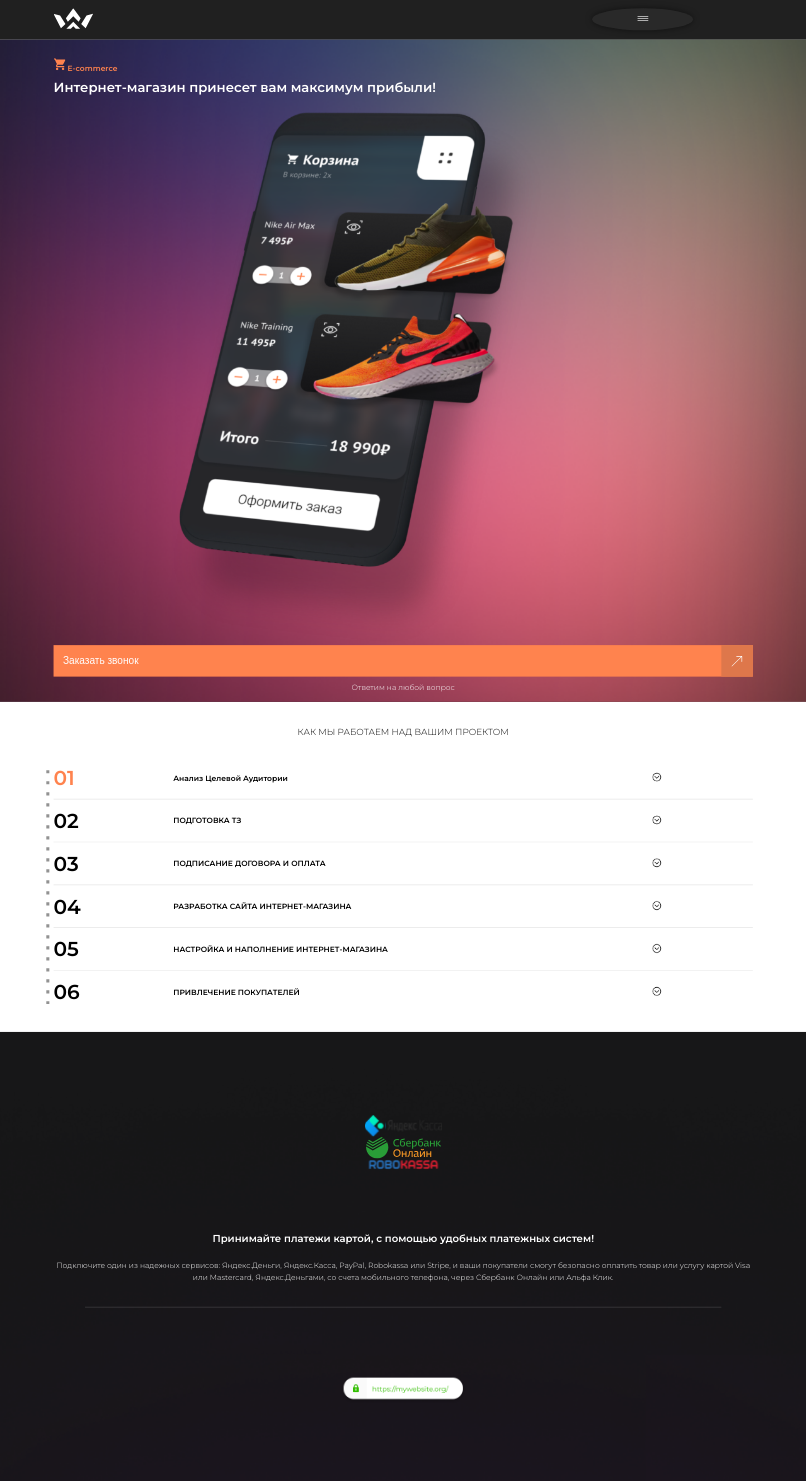
Repository: Gabi0605/my-tests
Page: web_alternative/index.html
These files come from the project's save history. The page is drawn as it stood at one moment and after the next save; the edit follows.
The browser window is 1280 px wide. The pictures show the whole page, at 63% of full size.
The style sheet was rebuilt from its Sass, Less or Tailwind sources for each picture, by a compiler version that may differ from the author's.

Above is the page before, as saved 2020-01-19 21:10:04.

### web_alternative/index.html
<!DOCTYPE html>
<html lang="ru">
<head>
    <meta charset="UTF-8">
    <meta name="viewport" content="width=device-width, initial-scale=1.0">
    <meta http-equiv="X-UA-Compatible" content="ie=edge">
    <title>WEB ALTERNATIVE</title>
    <link href="https://fonts.googleapis.com/css?family=Montserrat:300,400,600|Roboto:300,700&display=swap" rel="stylesheet">
    <link rel="stylesheet" href="css/bootstrap-grid.min.css">
    <link rel="stylesheet" href="css/style.css">
</head>
<body>
    <header>
        <div class="container">
            <div class="row">
                <div class="col-4">
                    <div class="logo">
                        <img src="img/svg/logo.svg" alt="">
                    </div>
                </div>
                <div class="col-2 offset-5">
                    <div class="burger">
                        <div class="rect"></div>
                        <div class="rect"></div>
                        <div class="rect"></div>
                    </div>
                </div>
            </div>
        </div>
    </header>
    <div class="call">
        <div class="container">
            <div class="e-commerce">
                <img src="img/svg/shopping-cart.svg" alt=""> E-commerce
            </div>
            <h2>
                Интернет-магазин принесет вам максимум прибыли!
            </h2>
            <div class="row">
                <div class="col-8 offset-2">
                    <img src="img/phone.png" alt="">
                </div>
            </div>
            <button>
                Заказать звонок
            </button>
            <p>Ответим на любой вопрос</p>
        </div>
    </div>
    <div class="work">
        <div class="container">
            <div class="row">
                <div class="col-10 offset-1">
                    <h2>Как мы работаем над вашим проектом</h2>
                </div>
            </div>
            <div class="items">
                <div class="item item-active">
                    <div class="row">
                        <div class="col-2 item__number">01</div>
                        <div class="col-8 item__p">
                            <p>Анализ целевой аудитории</p>
                        </div>
                        <div class="col-2 item__btn">
                            <button><img src="img/arrow-down.png" alt=""></button>
                        </div>
                    </div>
                </div>
                <div class="item">
                    <div class="row">
                        <div class="col-2 item__number">02</div>
                        <div class="col-8 item__p">
                            <p>Подготовка ТЗ</p>
                        </div>
                        <div class="col-2 item__btn">
                            <button><img src="img/arrow-down.png" alt=""></button>
                        </div>
                    </div>
                </div>
                <div class="item">
                    <div class="row">
                        <div class="col-2 item__number">03</div>
                        <div class="col-8 item__p">
                            <p>Подписание договора и оплата</p>
                        </div>
                        <div class="col-2 item__btn">
                            <button><img src="img/arrow-down.png" alt=""></button>
                        </div>
                    </div>
                </div>
                <div class="item">
                    <div class="row">
                        <div class="col-2 item__number">04</div>
                        <div class="col-8 item__p">
                            <p>Разработка сайта интернет-магазина</p>
                        </div>
                        <div class="col-2 item__btn">
                            <button><img src="img/arrow-down.png" alt=""></button>
                        </div>
                    </div>
                </div>
                <div class="item">
                    <div class="row">
                        <div class="col-2 item__number">05</div>
                        <div class="col-8 item__p">
                            <p>Настройка и наполнение интернет-магазина</p>
                        </div>
                        <div class="col-2 item__btn">
                            <button><img src="img/arrow-down.png" alt=""></button>
                        </div>
                    </div>
                </div>
                <div class="item">
                    <div class="row">
                        <div class="col-2 item__number">06</div>
                        <div class="col-8 item__p">
                            <p>Привлечение покупателей</p>
                        </div>
                        <div class="col-2 item__btn">
                            <button><img src="img/arrow-down.png" alt=""></button>
                        </div>
                    </div>
                </div>
            </div>
        </div>
    </div>
    <div class="pay">
        <div class="container">
            <div class="row">
                <div class="col-12">
                    <div class="pay__circle pay__circle-white">
                        <img src="img/svg/yandex.svg" alt="">
                        <img src="img/svg/sber.svg" alt="">
                        <img src="img/svg/robokassa.svg" alt="">
                    </div>
                </div>
                <div class="col-12">
                    <h2>Принимайте платежи картой,
                        с помощью удобных
                        платежных систем!</h2>
                    <p>Подключите один из надежных сервисов: Яндекс.Деньги, Яндекс.Касса, PayPal, Robokassa или Stripe, и ваши покупатели смогут безопасно оплатить товар или услугу картой Visa или Mastercard, Яндекс.Деньгами, со счета мобильного телефона, через Сбербанк Онлайн или Альфа Клик.</p>
                </div>
                <div class="col-12">
                    <div class="pay__circle">
                        <img src="img/mywebsite.png" alt="">
                    </div>
                </div>
            </div>
        </div>
    </div>
</body>
</html>

### web_alternative/less/style.less
*{
    margin: 0;
    padding: 0;
    box-sizing: border-box;
}
.montserrat{
    font-family: 'Montserrat', sans-serif;
}
.roboto{
    font-family: 'Roboto', sans-serif;
}
p{
    .montserrat;
    font-size: 12px;
    line-height: 15px;
}
@background: #171718;
@gray: #202020;
@burger: #292929;
@orange: #FF834E;
@darkorange: #DE774B;
body{
    .montserrat
}
img{
    max-width: 100%;
}
button{
    background: none;
    border: none;
    cursor: pointer;
    &:focus{
        outline: none;
    }
}

header{
    background: @gray;
    padding: 13px 0;
    .burger{
        background: @burger;
        border-radius: 50%;
        box-shadow: 0 0 10px rgba(0, 0, 0, 0.5);
        min-width: 35px;
        min-height: 35px;
        display: flex;
        flex-direction: column;
        justify-content: center;
        align-items: center;
        .rect{
            min-width: 17px;
            max-width: 50%;
            height: 1px;
            background: #fff;
            margin-bottom: 2px;
        }
    }
}
.call{
    background: @background;
    background-image: url(../img/mobile-background-block-one.png);
    background-size: cover;
    padding: 29px 0 15px;
    .e-commerce{
        color: @orange;
        font-weight: 600;
        font-size: 12px;
        line-height: 15px;
    }
    h2{
        color: #fff;
        font-weight: 600;
        font-size: 21px;
        line-height: 28px;
        padding: 10px 0 24px;
    }
    button{
        background: @orange;
        color: #fff;
        font-weight: 400;
        font-size: 16px;
        line-height: 20px;
        padding: 15px;
        border: none;
        width: 100%;
        text-align: left;
        position: relative;
        &::after{
            content: "";
            position: absolute;
            top: 0;
            bottom: 0;
            right: 0;
            width: 50px;
            background: @darkorange;
            background-image: url(../img/svg/Union.svg);
            background-repeat: no-repeat;
            background-position: center;
        }
    }
    p{
        font-weight: 300;
        font-size: 12px;
        line-height: 15px;
        color: #fff;
        text-align: center;
        padding-top: 10px;
    }
}
.work{
    padding: 40px 0 30px;
    h2{
        font-size: 14px;
        line-height: 17px;
        font-weight: 300;
        text-transform: uppercase;
        text-align: center;
        padding-bottom: 30px;
    }
    .items{
        position: relative;
        &::before{
            content: '';
            background: url(../img/svg/Vector.svg);
            position: absolute;
            top: 21px;
            bottom: 15px;
            left: -12px;
            width: 6px;
        }
    }
    .item{
        border-bottom: 1px solid rgba(0, 0, 0, 0.1);
        padding: 14px 0;
        &:last-child{
            border-bottom: none;
        }
        &__number{
            font-size: 32px;
            line-height: 39px;
            font-weight: 600;
        }
        &__p{
            text-transform: uppercase;
            font-size: 12px;
            line-height: 15px;
            font-weight: 600;
            display: flex;
            align-items: center;
        }
        &__btn{
            text-align: right;
            display: flex;
            align-items: center;
        }
        &-active{
            .item__number{
                color: @orange;
            }
            .item__p{
                text-transform: capitalize;
            }
        }
    }
}
.pay{
    background-color: @background;
    background-image: url(../img/mobile-background-block-two.png);
    background-repeat: no-repeat;
    background-size: cover;
    padding: 45px 0 5px;
    color: #fff;
    &__circle{
        width: 200px;
        height: 200px;
        border-radius: 50%;
        margin: 30px auto 40px;
        display: flex;
        flex-direction: column;
        align-items: center;
        justify-content: center;
        &-
        img{
            padding-bottom: 10px;
        }
    }
    h2{
        font-size: 16px;
        line-height: 25px;
        font-weight: 600;
        text-align: center;
    }
    p{
        font-size: 12px;
        line-height: 19px;
        font-weight: 300;
        text-align: center;
        padding: 20px 0 40px;
        position: relative;
        &::after{
            content: '';
            position: absolute;
            background: rgba(255, 255, 255, 0.1);
            height: 2px;
            bottom: 0;
            left: 50px;
            right: 50px;
        }
    }
}

Loaded but not shown: web_alternative/css/bootstrap-grid.min.css (library)

After the next save:
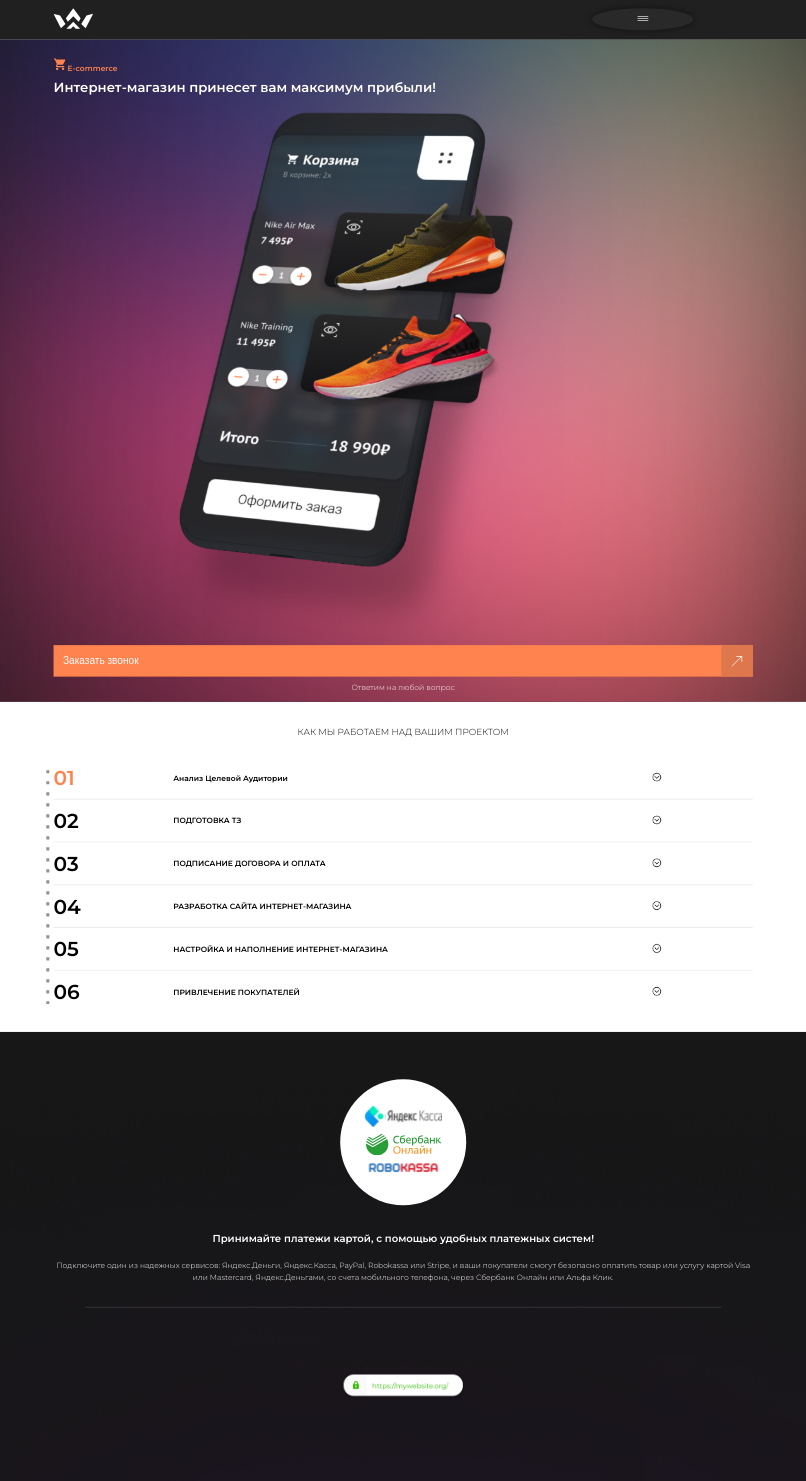
Saved 5 s later.
--- a/web_alternative/less/style.less
+++ b/web_alternative/less/style.less
@@ -179,7 +179,9 @@
         flex-direction: column;
         align-items: center;
         justify-content: center;
-        &-
+        &-white{
+            background: #fff;
+        }
         img{
             padding-bottom: 10px;
         }
